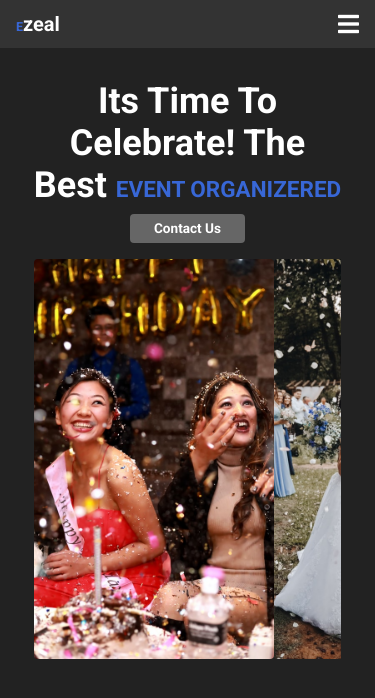
Repository: Jayce1607/First-clone
Page: html/index.html
The author's editor kept a copy of each file at every save. The page is drawn from the files as they stood at one save, then again after the next save.
The browser window is 375 px wide. The pictures show the whole page.

Above is the page before, as saved 2021-08-26 18:55:10.
Console error: ReferenceError: Swiper is not defined

### html/index.html
<!DOCTYPE html>
<html lang="en">
<head>
  <meta charset="UTF-8">
  <meta http-equiv="X-UA-Compatible" content="IE=edge">
  <meta name="viewport" content="width=device-width, initial-scale=1.0">
  <title>Event Organizer Website Design Using HTML - CSS - Javascript </title>
  <link rel="stylesheet" href="../css/reset.css">
  <link rel="stylesheet" href="../css/app.css">
  <link
  rel="stylesheet"
  href="https://unpkg.com/swiper@7/swiper-bundle.min.css"
/>
  <link rel="stylesheet" href="https://cdnjs.cloudflare.com/ajax/libs/font-awesome/5.15.4/css/all.min.css">
  <link rel="preconnect" href="https://fonts.googleapis.com">
<link rel="preconnect" href="https://fonts.gstatic.com" crossorigin>
<link href="https://fonts.googleapis.com/css2?family=Roboto:ital,wght@0,100;0,300;0,400;0,500;0,700;0,900;1,900&display=swap" rel="stylesheet">

</head>
<body>
  <!-- header start -->
  <header class="header">
    <a href="#" class="logo"><span>E</span>zeal</a>
    <nav class="navbar">
      <a href="#home">Home</a>
      <a href="#service">Service</a>
      <a href="#about">about</a>
      <a href="#galery">galery</a>
      <a href="#price">price</a>
      <a href="#contact">Contact</a>
    </nav>
    <div id="menu-bars" class="fa fa-bars"></div>
  </header>

  <!-- header end  -->
  <!-- home section start -->
  <section class="home" id="home">
    <div class="content">
      <h3>its time to celebrate! the best <span>event organizered</span></h3>
      <a href="#" class="btn">Contact Us</a>
    </div>
    <div class="swiper mySwiper home-slider ">
      <div class="swiper-wrapper wrapper">
        <div class="swiper-slide">
          <img src="../images/slide-1.jpg" alt="">
        </div>
        <div class="swiper-slide">
          <img src="../images/slide-2.jpg" alt="">
        </div>
        <div class="swiper-slide">
          <img src="../images/slide-3.jpg" alt="">
        </div>
        <div class="swiper-slide">
          <img src="../images/slide-4.jpg" alt="">
        </div>
        <div class="swiper-slide">
          <img src="../images/slide-5.jpg" alt="">
        </div>
      </div>
    </div>
  </section>
  <!-- home section end -->

  <script src="../javascript/starter.js"></script>
  <script src="https://unpkg.com/swiper@7/swiper-bundle.min.js"></script>
</body>
</html>

### css/reset.css
:root{
  --main-color:#3867d6;

}
*{
  margin: 0;
  padding: 0;
  border: 0;
  font-size: 100%;
  text-decoration: none;
  text-transform: capitalize;
  transition: .2s linear;
  font-family: 'Roboto', sans-serif;

 }
html, body, div, span, applet, object, iframe,h1, h2, h3, h4, h5, h6, p{
  margin: 0;
  padding: 0;
  border: 0;
  font-size: 62.5%;
  font-family: 'Roboto', sans-serif;
  overflow-x: hidden;
  scroll-padding-top: 7rem;
  scroll-behavior: smooth;
}
html::-webkit-scrollbar{
  width: 1rem;
}
html::-webkit-scrollbar-track{
background: #444;
}
html::-webkit-scrollbar-thumb{
  background: var(--main-color);
  border-radius: 5rem;
}
body{
  background-color: #222;
}
ol, ul {
  list-style: none;
}
img{
  object-fit: cover;
  max-width: 100%;
  width: 100%;
}
section{
  padding: 2rem 9%;
}

### css/app.css
.header {
  position: fixed;
  top: 0;
  left: 0;
  right: 0;
  z-index: 1000;
  background-color: #333;
  display: flex;justify-content: space-between;
  align-items: center;
  padding: 1.5rem 9%;
}
.header .logo{
  font-weight: bolder;
  font-size: 2.5rem;
  color: #fff;
}
.header .logo span{
  color:var(--main-color);
}
.header .navbar a{
  font-size: 1.7rem;
  color: #fff;
 margin-left: 2rem;
}
.header .navbar a:hover{
  color: var(--main-color);
}
#menu-bars{
  font-size: 3rem;
  color: #fff;
  cursor: pointer;
  display: none;
}
.btn{
  margin-top: 1rem;
  display: inline-block;
  padding: 0.8rem 3rem;
  font-size: 1.7rem;
  border-radius: .5rem;
  border: 0;
  background: #666;
  color: #fff;
  cursor: pointer;
  font-weight: 600;
}
.btn:hover{
  background-color: var(--main-color);
}
/* home section */
.home{
 /* margin-top: 6rem; */

}
.home .content {
  text-align: center;
  padding-top: 6rem;
  margin: 2rem auto;
  max-width: 70rem;
}
.home .content h3{
  font-size: 4.5rem;
  text-align: center;
  color: #fff;
}
.home .content h3 span{
  color: var(--main-color);
  text-transform: uppercase;
}
.home .home-slider .swiper-slide{
  overflow: hidden;
  border-radius: .5rem;
  height: 50rem;
  width: 30rem;
}
.home .home-slider .swiper-slide img{
  width: 100%;
  height: 100%;
  object-fit: cover;
}





























/* media queries */
@media (max-width:991px){
  html{
    font-size: 55%;
  }
  .header{
    padding: 1.5rem 2rem;
  }


}
@media (max-width:767px){
  .header #menu-bars{
    display: initial;
  }
  .header .navbar{
    position: absolute;
    top: 100%;
    right: 0;
    bottom: 0;
    left: 0;
    border-top: .1px solid #222;
    background-color: #333;
    transform: translateX(100%);
    opacity: 0;
    transition: opacity .5s linear;
  }
  .header .navbar.active{
    transform: translateX(0);
    opacity: 1;
  }
  .fa-times{
    transform: rotate(180deg);
  }
  .header .navbar a{
    display: flex;

    padding: 1.3rem;
    border-radius: .5rem;
    margin: 1.3rem;
    font-size: 1.5rem;
    background:#444;

  }
}
@media (max-width:450px){
  html{
    font-size: 50%;
  }



}

### javascript/starter.js
const menu=document.querySelector("#menu-bars");
let navbar=document.querySelector(".navbar");
// menu.addEventListener("click",function(e){
//   navbar.style. clipPath="";
// })
menu.addEventListener("click",function(e){
  e.target.classList.toggle("fa-times");
  navbar.classList.toggle("active")
})

window.onscroll=()=>{
  menu.classList.remove("fa-times")
  navbar.classList.remove("active")

}


// slider
var swiper = new Swiper(".home-slider", {
  effect: "coverflow",
  grabCursor: true,
  centeredSlides: true,
  slidesPerView: "auto",
  coverflowEffect: {
    rotate: 0,
    stretch: 0,
    depth: 100,
    modifier: 2,
    slideShadows: true,
  },
  loop:true,
  autoplay:{
    delay:3000,
    disableOnInteraction:false,
  }
});
// end Slider

After the next save:
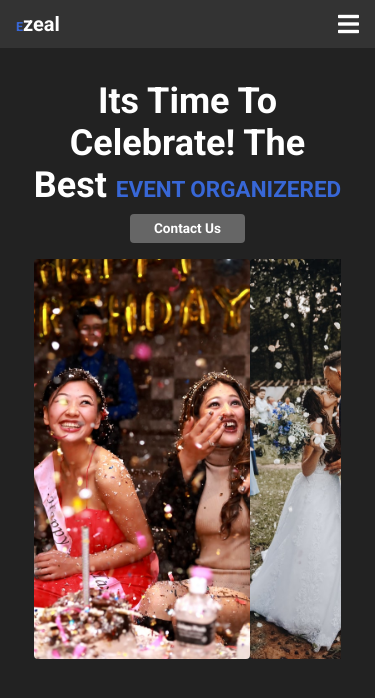
Saved 41 s later.
--- a/css/app.css
+++ b/css/app.css
@@ -155,7 +155,9 @@
   html{
     font-size: 50%;
   }
-
+  .home .home-slider .swiper-slide{
+    width: 27rem;
+  }
 
 
 }
